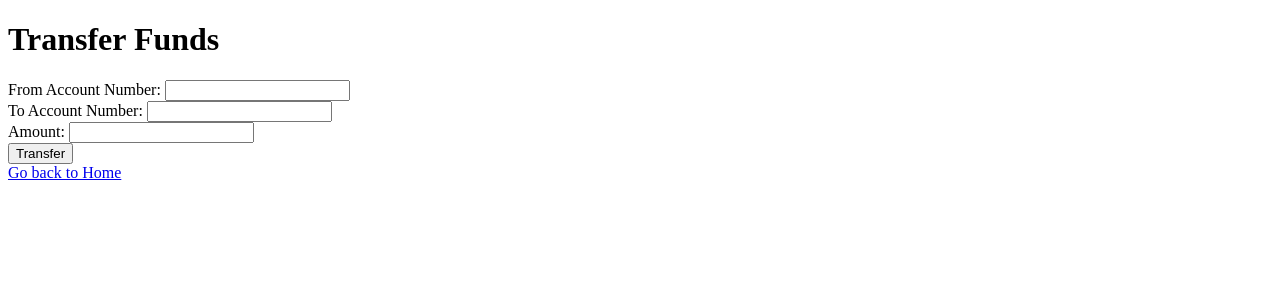
Repository: tanupatil1212/AurionproTraining
Page: http://localhost/08-bank-mvc/transfer.jsp
These files come from the project's save history. The page is drawn as it stood at one moment and after the next save; the edit follows.
The browser window is 1280 px wide. The pictures show the whole page.
The page is served by Tomcat 9.

Above is the page before, as saved 2023-10-28 10:46:34.

After the next save:
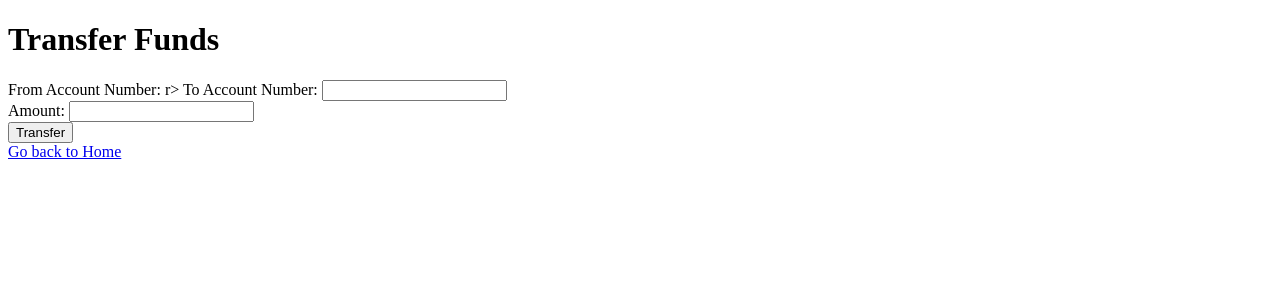
Saved 13 min 53 s later.
--- a/J2EE/08-bank-mvc/WebContent/transfer.jsp
+++ b/J2EE/08-bank-mvc/WebContent/transfer.jsp
@@ -10,11 +10,12 @@
 <body>
     <h1>Transfer Funds</h1>
 
-    <form action="TransactionController" method="post">
+    <form action="TransactionController" method="get">
         <input type="hidden" name="action" value="transfer">
 
         <label for="fromAccountNo">From Account Number:</label>
-        <input type="text" id="fromAccountNo" name="fromAccountNo" required><br>
+         <input
+				type="hidden" name="accountNo" value="${param.accountNo}">r>
 
         <label for="toAccountNo">To Account Number:</label>
         <input type="text" id="toAccountNo" name="toAccountNo" required><br>
